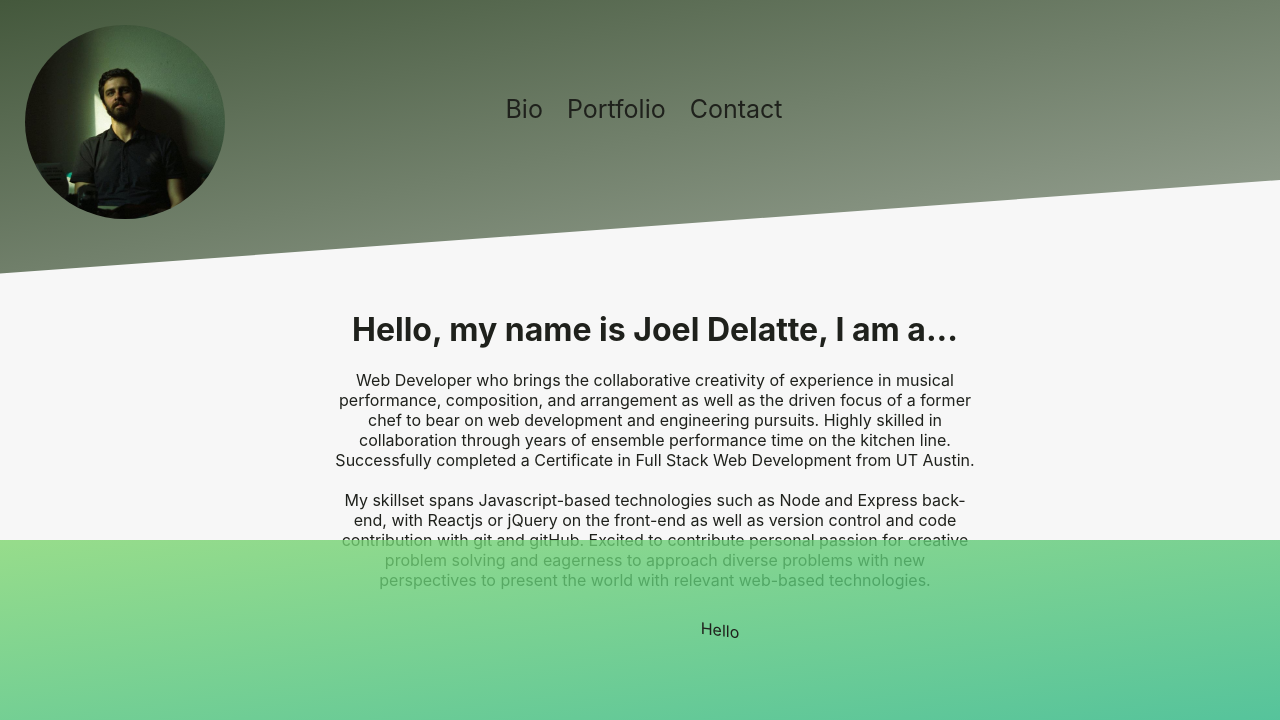
Repository: joeldelatte/react-portfolio
Page: / (app in client/)
The author's editor kept a copy of each file at every save. The page is drawn from the files as they stood at one save, then again after the next save.
The browser window is 1280 px wide. The pictures show the whole page.
The project was rebuilt for these pictures with package versions that can differ from the ones it lists, and the page was loaded fresh each time. Also part of the build but not shown: client/src/App.css, client/src/Components/Contact/Contact.js, client/src/Components/Portfolio/portfolio.css, client/src/Components/Portfolio/Portfolio.js.

Above is the page before, as saved 2020-07-08 12:13:49.

### client/public/index.html
<!doctype html>
<html lang="en">
  <head>
    <meta charset="utf-8">
    <meta name="viewport" content="width=device-width, initial-scale=1, shrink-to-fit=no">
    <meta name="theme-color" content="#000000">
    <!--
      manifest.json provides metadata used when your web app is added to the
      homescreen on Android. See https://developers.google.com/web/fundamentals/engage-and-retain/web-app-manifest/
    -->
    <link rel="manifest" href="%PUBLIC_URL%/manifest.json">
    <link rel="shortcut icon" href="%PUBLIC_URL%/favicon.ico">
    <!--
      Notice the use of %PUBLIC_URL% in the tags above.
      It will be replaced with the URL of the `public` folder during the build.
      Only files inside the `public` folder can be referenced from the HTML.

      Unlike "/favicon.ico" or "favicon.ico", "%PUBLIC_URL%/favicon.ico" will
      work correctly both with client-side routing and a non-root public URL.
      Learn how to configure a non-root public URL by running `npm run build`.
    -->
    <title>Joel Delatte</title>
  </head>
  <body>
    <noscript>
      You need to enable JavaScript to run this app.
    </noscript>
    <div id="root"></div>
    <!--
      This HTML file is a template.
      If you open it directly in the browser, you will see an empty page.

      You can add webfonts, meta tags, or analytics to this file.
      The build step will place the bundled scripts into the <body> tag.

      To begin the development, run `npm start` or `yarn start`.
      To create a production bundle, use `npm run build` or `yarn build`.
    -->
  </body>
</html>

### client/src/index.css
body {
  margin: 0;
  font-family: -apple-system, BlinkMacSystemFont, 'Segoe UI', 'Roboto', 'Oxygen',
    'Ubuntu', 'Cantarell', 'Fira Sans', 'Droid Sans', 'Helvetica Neue',
    sans-serif;
  -webkit-font-smoothing: antialiased;
  -moz-osx-font-smoothing: grayscale;
  background-color: rgb(247, 247, 247);
  color: rgb(31,33,28);
}

code {
  font-family: source-code-pro, Menlo, Monaco, Consolas, 'Courier New',
    monospace;
}

### client/src/App.js
import React from 'react';
import {BrowserRouter as Router, Route, Switch, Link} from "react-router-dom";
import './App.css';
import Bio from "./Components/Bio/Bio";
import Nav from "./Page/Nav";
import Contact from "./Components/Contact/Contact";
import Portfolio from "./Components/Portfolio/Portfolio";
import Footer from "./Page/Footer";

export default function App() {
  return (
    <>
      <Router>
        <Nav />
        <Switch>
          <Route exact path="/">
            <Bio />
          </Route>
          <Route exact path="/contact">
            <Contact />
          </Route>
          <Route exact path="/portfolio">
            <Portfolio />
          </Route>
        </Switch>
        <Footer />
      </Router>
    </>
  );
}

### client/src/Components/Bio/Bio.js
import React from "react";
import "./bio.css";

export default function Bio() {

    return (
        <div className="container">
          <div className="bio">
            <h1>Hello, my name is Joel Delatte, I am a...</h1>
            <p>Web Developer who brings the collaborative creativity of experience in musical performance, composition, and
              arrangement as well as the driven focus of a former chef to bear on web development and engineering pursuits.
              Highly skilled in collaboration through years of ensemble performance time on the kitchen line.
              Successfully completed a Certificate in Full Stack Web Development from UT Austin.
              <br></br>
              <br></br>
              My skillset spans Javascript-based technologies such as Node and Express back-end, with Reactjs or
              jQuery on the front-end as well as version control and code contribution with git and gitHub.
              Excited to contribute personal passion for creative problem solving and eagerness to approach diverse
              problems with new perspectives to present the world with relevant web-based technologies.
            </p>
          </div>
        </div>
    )
}

### client/src/Page/Nav.js
import React from "react";
import {BrowserRouter as Router, Route, Switch, Link} from "react-router-dom";
import Avatar from "./Avatar";
import "./Page.css";

function Nav () {
    return (
      <div className="header">
        <Avatar />
        <div className="nav">
          <Link to="/">Bio</Link>
          <Link to="/portfolio">Portfolio</Link>
          <Link to="/contact">Contact</Link>
        </div>
      </div>
    );
};

export default Nav;

### client/src/Page/Footer.js
import React from "react";
// import { BrowserRouter as Router, Route, Switch, Link } from "react-router-dom";
import "./Page.css";

function Footer() {
  return (
    <div className="footer">
      <footer>
          Hello
      </footer>
    </div>
  );
}

export default Footer;

### client/src/Components/Bio/bio.css
.container {
    position: relative;
}

.bio {
    max-width: 50%;
    padding: 15px;
    max-width: 50%;
    position: absolute;
    top: 40%;
    left: 25%;
    text-align: center;
}

.bio p {
    text-align: center;
}


    @media only screen and (max-width: 768px) {
        .viewContainer {
            margin-left: 110px;
        }
    }

### client/src/Page/Avatar.js
import React from "react";
import Portrait from "./images/joel_d.png"
import "./Page.css";

const styles = {
    maxWidth: 200,
    maxHeight: 200,
    borderRadius: 100,
    marginLeft: 25
};

function Avatar () {

    return (
      <div>
          <img src={Portrait} alt="avatar"  className="avatar" /> {/* style={styles} */}
      </div>
    );
};

export default Avatar;

### client/src/Page/Page.css
.header {
  height: 38vh;
  background-image: linear-gradient(to right bottom, rgba(68,88,60, 1), rgba(68,88,60, 0.501));
  /* , url("../img/hero.jpg"); */
  background-size: cover;
  background-position: top;
  position: relative;
  -webkit-clip-path: polygon(0 0, 100% 0, 100% 85%, 0 100%);
  clip-path: polygon(0 0, 100% 0, 100% 25vh, 0 100%);
  position: relative;
}

  .avatar {
    display: inline;
    max-width: 200px;
    max-height: 200px;
    border-radius: 100%;
    margin: 25px;
    }

.nav {
    position: absolute;
    top: 40%;
    left: 50%;
    transform: translate(-50%, -50%);
    text-align: center;
}

.nav a {
    padding: 6px 8px 6px 16px;
    text-decoration: none;
    font-size: 25px;
    color: rgb(31,33,28);
    display: inline;
    text-align: center;
  }

.nav a:hover {
    color: #f1f1f1;
}

.footer {
  padding: 5rem;
  background-image: linear-gradient(to right bottom, rgba(126, 213, 111, 0.801), rgba(40, 180, 133, 0.801));
  /* -webkit-clip-path: polygon(0 0, 100% 0, 100% 85%, 0 100%); */
  clip-path: polygon(0 0, 100% 0, 100% 100%, 0 100%);
  /* transform: skewY(-7deg); */
  position: fixed;
  left: 0;
  bottom: 0;
  width: 100%;
  text-align: center;
}
  .footer > * {
    transform: skewY(7deg); }

/* @media only screen and (max-width: 768px) {
    .sideNav {
        width: 100px;
    }
    .sideNav a {
        font-size: 15px;
    }
    .avatar {
        max-width: 75px;
        max-height: 75px;
        border-radius: 100;
        margin-left: 15px;
    }
}  */

### client/src/Components/Contact/contact.css
.container {
  position: relative;
}
.contact {
    padding: 15px;
    max-width: 50%;
    position: absolute;
    top: 40%;
    left: 25%;
    text-align: center;
}

.contact a {
  padding: 6px 8px 6px 16px;
  text-decoration: underline;
  font-size: 18px;
  color: black;
  display: block;
}

.contact a:hover {
  color: #818181;
}

.email-address {
  padding: 6px 8px 6px 16px;
  font-size: 18px;
}

input[type=text], select {
    width: 100%;
    padding: 12px 20px;
    margin: 8px 0;
    display: inline-block;
    border: 1px solid #ccc;
    border-radius: 4px;
    box-sizing: border-box;
  }

  input[type=submit] {
    width: 15%;
    background-color: #4CAF50;
    color: white;
    padding: 14px 20px;
    margin: 8px 0;
    border: none;
    border-radius: 4px;
    cursor: pointer;
  }

  input[type=submit]:hover {
    background-color: #45a049;
  }

textarea {
    width: 100%;
    height: 150px;
    margin: 8px 0;
    padding: 12px 20px;
    box-sizing: border-box;
    border: 1px solid #ccc;
    border-radius: 4px;
    resize: none;
  }

  @media only screen and (max-width: 768px) {
    .contact {
      margin-left: 110px;
    }
  }

Loaded but not shown: client/src/index.js (common file); client/src/serviceWorker.js (common file)

After the next save:
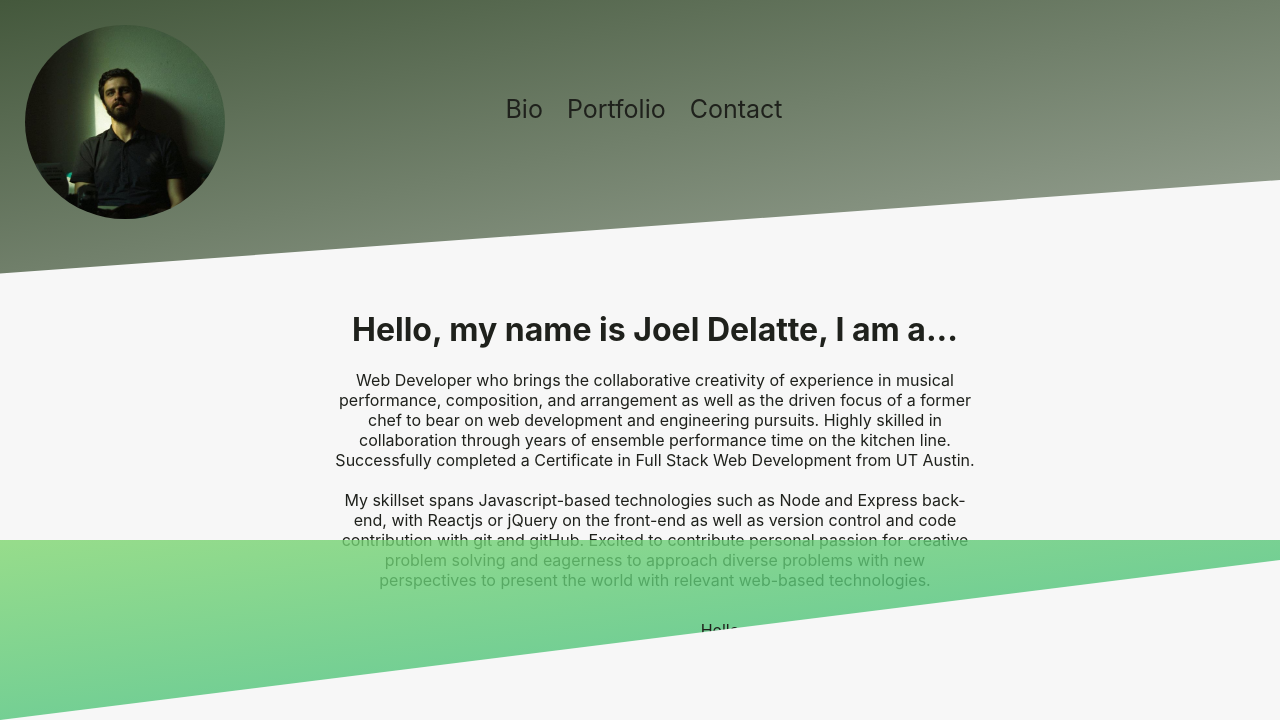
Saved 9 s later.
--- a/client/src/Page/Page.css
+++ b/client/src/Page/Page.css
@@ -43,7 +43,7 @@
   padding: 5rem;
   background-image: linear-gradient(to right bottom, rgba(126, 213, 111, 0.801), rgba(40, 180, 133, 0.801));
   /* -webkit-clip-path: polygon(0 0, 100% 0, 100% 85%, 0 100%); */
-  clip-path: polygon(0 0, 100% 0, 100% 100%, 0 100%);
+  clip-path: polygon(0 0, 100% 0, 0 100%, 0 100%);
   /* transform: skewY(-7deg); */
   position: fixed;
   left: 0;
@@ -51,8 +51,8 @@
   width: 100%;
   text-align: center;
 }
-  .footer > * {
-    transform: skewY(7deg); }
+  /* .footer > * {
+    transform: skewY(7deg); } */
 
 /* @media only screen and (max-width: 768px) {
     .sideNav {
